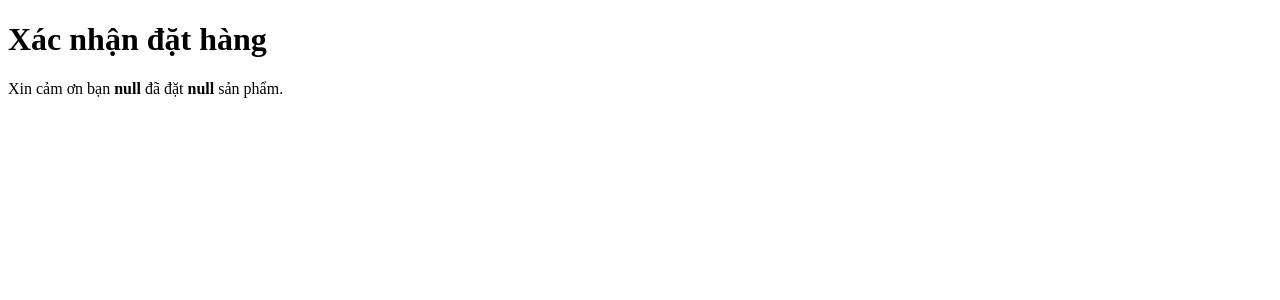
Repository: PhiKhongHoang/JSP-Servlet
Page: http://localhost/Bai6_baiTapJSP2/trangDatHang.jsp
These files come from the project's save history. The page is drawn as it stood at one moment and after the next save; the edit follows.
The browser window is 1280 px wide. The pictures show the whole page.
The page is served by Tomcat 9.

Above is the page before, as saved 2024-02-16 16:27:21.

### Bai6_baiTapJSP2/src/main/webapp/trangDatHang.jsp
<%@ page language="java" contentType="text/html; charset=UTF-8"
    pageEncoding="UTF-8"%>
<!DOCTYPE html>
<html>
<head>
<meta charset="UTF-8">
<title>Insert title here</title>
</head>
<body>
	<%
		String hoVaTen = request.getParameter("hoVaTen");
		String email = request.getParameter("email");
		String soLuong = request.getParameter("soLuong");
	%>

	<h1>Xác nhận đặt hàng</h1>
	<p>Xin cảm ơn bạn <b><%=hoVaTen %></b> đã đặt <b><%=soLuong %></b> sản phẩm.</p>

</body>
</html>

After the next save:
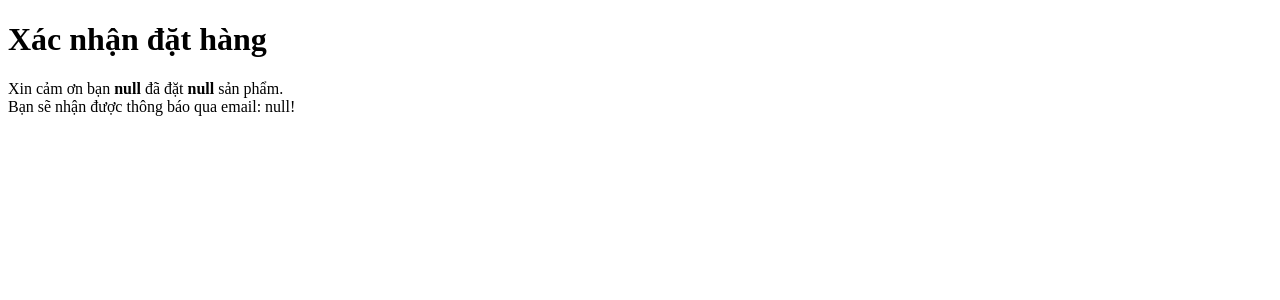
Saved 56 s later.
--- a/Bai6_baiTapJSP2/src/main/webapp/trangDatHang.jsp
+++ b/Bai6_baiTapJSP2/src/main/webapp/trangDatHang.jsp
@@ -14,7 +14,9 @@
 	%>
 
 	<h1>Xác nhận đặt hàng</h1>
-	<p>Xin cảm ơn bạn <b><%=hoVaTen %></b> đã đặt <b><%=soLuong %></b> sản phẩm.</p>
+	<p>Xin cảm ơn bạn <b><%=hoVaTen %></b> đã đặt <b><%=soLuong %></b> sản phẩm. <br>
+	Bạn sẽ nhận được thông báo qua email: <%=email %>!
+	</p>
 
 </body>
 </html>
